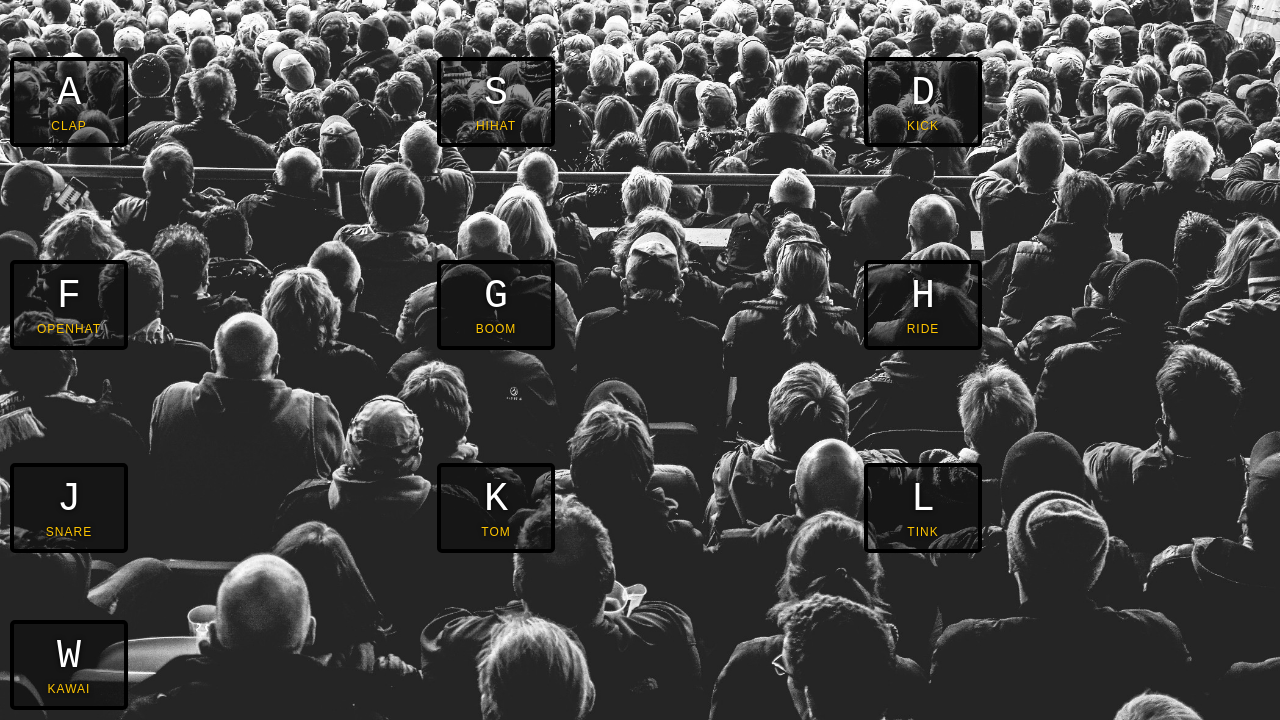
Repository: Freezler/drumkitJS
Page: index-START.html
An editor plug-in stored every save of this project. The page is shown before and after the next save, followed by the edit.
The browser window is 1280 px wide. The pictures show the whole page.

Above is the page before, as saved 2024-08-23 00:05:45.

After the next save:
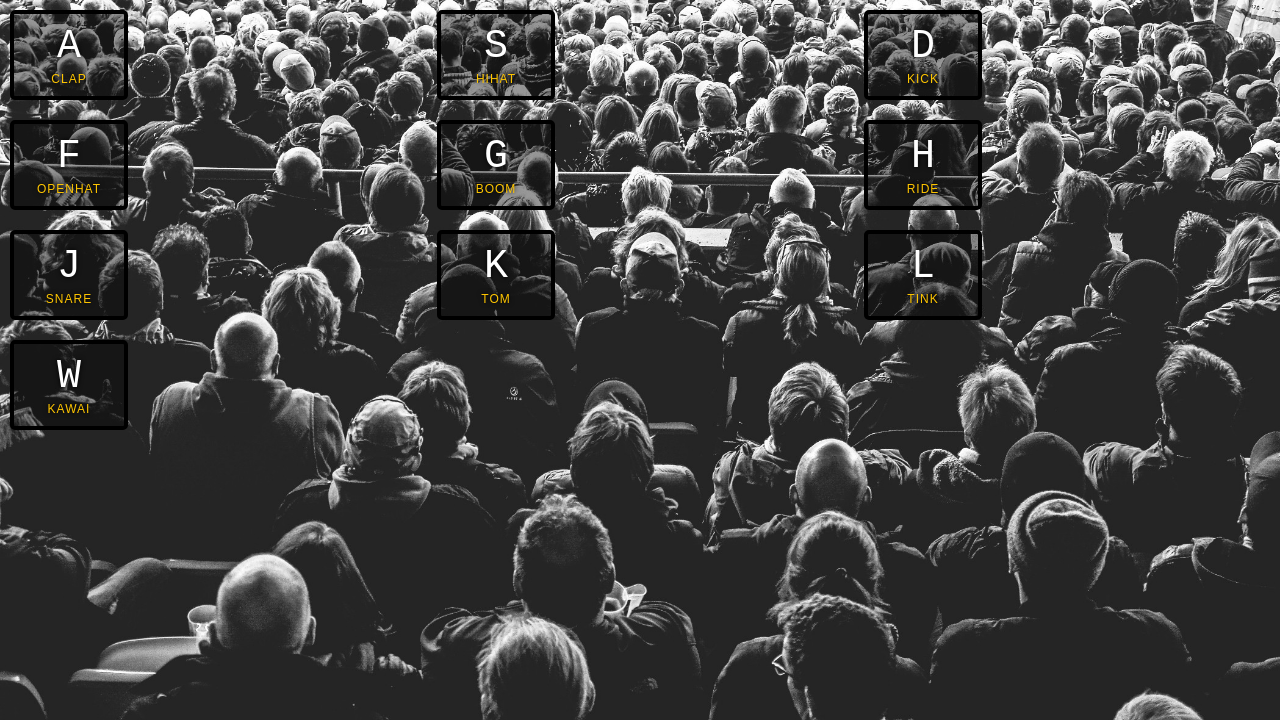
Saved 8 s later.
--- a/style.css
+++ b/style.css
@@ -19,8 +19,7 @@ html {
   grid-template-rows: repeat(3, 1fr);
   grid-column-gap: 1px;
   grid-row-gap: 0px;
-  height: 100vh;
-  width: 100vw;
+
   justify-items: space-around;
   align-items: center;
 
